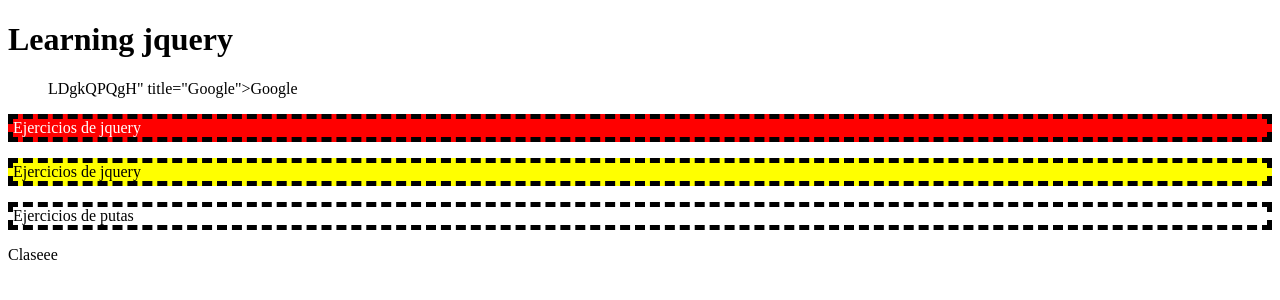
Repository: gitmadacode/practica_javascript
Page: Inicio/jquery/eventos.html
The author's editor kept a copy of each file at every save. The page is drawn from the files as they stood at one save, then again after the next save.
The browser window is 1280 px wide. The pictures show the whole page.

Above is the page before, as saved 2019-09-13 20:26:28.

### Inicio/jquery/eventos.html
<!DOCTYPE html>
<html lang="en">
<head>
    <meta charset="UTF-8">
    <meta name="viewport" content="width=device-width, initial-scale=1.0">
    <meta http-equiv="X-UA-Compatible" content="ie=edge">
    <!--<script src="https://ajax.googleapis.com/ajax/libs/jquery/3.4.1/jquery.min.js"></script>--->
    <script type="text/javascript" src="../js/jquery.min.js"></script>
    <script type="text/javascript" src="../js/selectores.js"></script>
    <style>
    #caja{

    }


    </style>
    <title>jquery</title>
    <h1>Learning jquery</h1>
    <ul>
        LDgkQPQgH" title="Google">Google</a></li>
    </ul>
    <p id="rojo" class="zebra">Ejercicios de jquery</p>
    <p id="amarillo" class="zebra">Ejercicios de jquery</p>
    <p class="zebra">Ejercicios de putas</p>
    <p>Claseee</p>
</head>
<body>

</body>
</html>

### Inicio/js/selectores.js
//Un ID es un identificador unico , para muchos usamos Class

$(document).ready(function(){
    //Selector ID
    var rojo = $("#rojo").css("background","red")
                         .css("color","white");

    var amarillo = $("#amarillo").css("background","yellow");

    //Selector de clase

    var mi_clase = $('.zebra');
    mi_clase.css("border","5px dashed black");

    $('.sin_borde').click(function(){
        console.log("click dado");
        $(this).addClass('zebra');
    });

    //Selectores de etiqueta

    var parrafos = $('p');

    parrafos.click(function(){
    $(this).removeClass("zebra");
    });

    console.log(rojo);

    //Selectores de atributo
    $('[title=Google]').css('background','blue');

});

Loaded but not shown: Inicio/js/jquery.min.js (library)

After the next save:
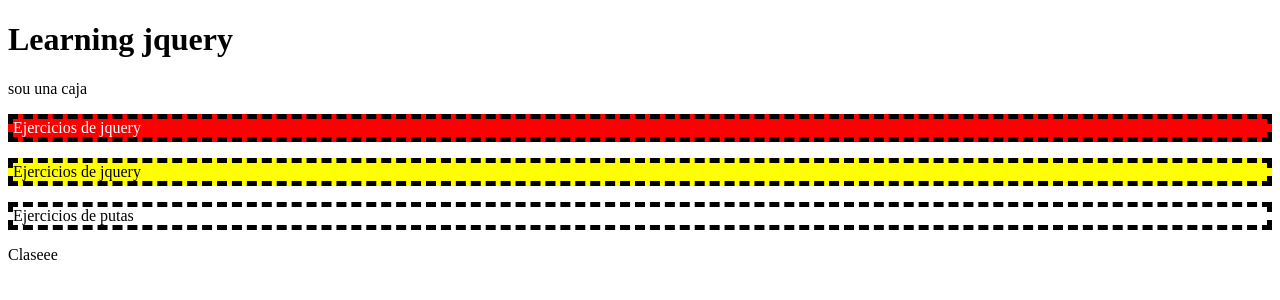
Saved 15 s later.
--- a/Inicio/jquery/eventos.html
+++ b/Inicio/jquery/eventos.html
@@ -16,9 +16,9 @@
     </style>
     <title>jquery</title>
     <h1>Learning jquery</h1>
-    <ul>
-        LDgkQPQgH" title="Google">Google</a></li>
-    </ul>
+    <div id="caja">
+        sou una caja
+    </div>
     <p id="rojo" class="zebra">Ejercicios de jquery</p>
     <p id="amarillo" class="zebra">Ejercicios de jquery</p>
     <p class="zebra">Ejercicios de putas</p>
